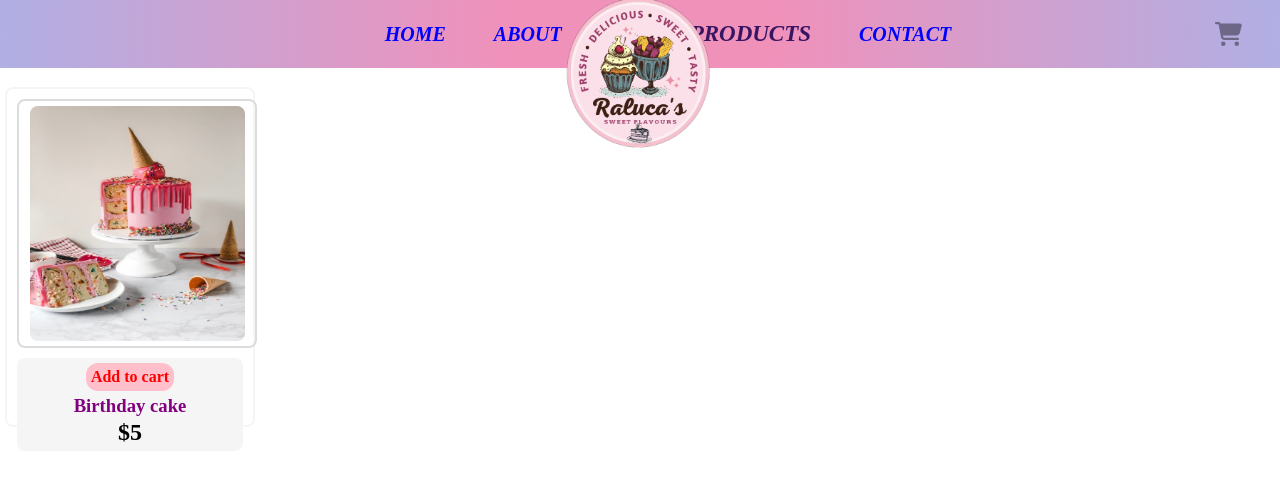
Repository: RalucaZota/cakeshop
Page: /products
An editor plug-in stored every save of this project. The page is shown before and after the next save, followed by the edit.
The browser window is 1280 px wide. The pictures show the whole page.
The project was rebuilt for these pictures with package versions that can differ from the ones it lists, and the page was loaded fresh each time. Also part of the build but not shown: vite.config.js, src/components/FavoriteProduct.vue, src/views/Home.vue, src/views/About.vue, src/views/Contact.vue.

Above is the page before, as saved 2023-06-10 18:21:17.

### index.html
<!DOCTYPE html>
<html lang="en">
  <head>
    <meta charset="UTF-8">
    <link rel="icon" href="/favicon.ico">
    <meta name="viewport" content="width=device-width, initial-scale=1.0">
    <title>Vite App</title>
  </head>
  <body>
    <div id="app"></div>
    <script type="module" src="/src/main.js"></script>

  </body>
</html>

### src/main.js
import './assets/main.css'

import { createApp } from 'vue'
import App from './App.vue'
import router from './router'
/* import the fontawesome core */
import { library } from '@fortawesome/fontawesome-svg-core'

/* import font awesome icon component */
import { FontAwesomeIcon } from '@fortawesome/vue-fontawesome'




/* import specific icons */
import { faBars } from '@fortawesome/free-solid-svg-icons'
import { faXmark } from '@fortawesome/free-solid-svg-icons'
import { faCartShopping } from '@fortawesome/free-solid-svg-icons'




/* add icons to the library */
library.add(faBars, faXmark, faCartShopping)

createApp(App)
.component('font-awesome-icon', FontAwesomeIcon).use(router)
.mount('#app')

### src/assets/main.css
@import './base.css';

#app {
  margin: 0 auto;

  font-weight: normal;
}

### src/App.vue
<script setup>
import Navbar from "./components/Navbar.vue"


</script>

<template>
<navbar/>


</template>

<style scoped>

</style>

### src/router/index.js
import { createRouter, createWebHistory } from 'vue-router'

const router = createRouter({
  history: createWebHistory(import.meta.env.BASE_URL),
  routes: [
    {
      path: '/',
      name: 'home',
      component: () => import('../views/Home.vue')
    },
    { path: '/about', name: 'about', component: () => import('../views/About.vue') },
    { path: '/products', name: 'products', component: () => import('../views/Products.vue') },
    { path: '/contact', name: 'contact', component: () => import('../views/Contact.vue') }
    // route level code-splitting
    // this generates a separate chunk (About.[hash].js) for this route
    // which is lazy-loaded when the route is visited.
  ]
})

export default router

### src/assets/base.css
/* color palette from <https://github.com/vuejs/theme> */
:root {
  --vt-c-white: #ffffff;
  --vt-c-white-soft: #f8f8f8;
  --vt-c-white-mute: #f2f2f2;

  --vt-c-black: #181818;
  --vt-c-black-soft: #222222;
  --vt-c-black-mute: #282828;

  --vt-c-indigo: #2c3e50;

  --vt-c-divider-light-1: rgba(60, 60, 60, 0.29);
  --vt-c-divider-light-2: rgba(60, 60, 60, 0.12);
  --vt-c-divider-dark-1: rgba(84, 84, 84, 0.65);
  --vt-c-divider-dark-2: rgba(84, 84, 84, 0.48);

  --vt-c-text-light-1: var(--vt-c-indigo);
  --vt-c-text-light-2: rgba(60, 60, 60, 0.66);
  --vt-c-text-dark-1: var(--vt-c-white);
  --vt-c-text-dark-2: rgba(235, 235, 235, 0.64);
}

/* semantic color variables for this project */
:root {
  --color-background: var(--vt-c-white);
  --color-background-soft: var(--vt-c-white-soft);
  --color-background-mute: var(--vt-c-white-mute);

  --color-border: var(--vt-c-divider-light-2);
  --color-border-hover: var(--vt-c-divider-light-1);

  --color-heading: var(--vt-c-text-light-1);
  --color-text: var(--vt-c-text-light-1);

  --section-gap: 160px;
}

@media (prefers-color-scheme: dark) {
  :root {
    --color-background: var(--vt-c-black);
    --color-background-soft: var(--vt-c-black-soft);
    --color-background-mute: var(--vt-c-black-mute);

    --color-border: var(--vt-c-divider-dark-2);
    --color-border-hover: var(--vt-c-divider-dark-1);

    --color-heading: var(--vt-c-text-dark-1);
    --color-text: var(--vt-c-text-dark-2);
  }
}

*,
*::before,
*::after {
  box-sizing: border-box;
  margin: 0;
  font-weight: normal;
}

### src/components/Navbar.vue
<template>
  <header :class="{ 'scrolled-nav': scrolledNav }">
    <nav >
      <div class="cart">
          <font-awesome-icon icon="fa-solid fa-cart-shopping" fade size="xl" />
        </div>
      <ul class="navigation" v-show="!mobile">
        <li>
          <RouterLink active-class="active" :to="{ name: 'home' }" class=" link"
            >Home</RouterLink
          >
        </li>
        <li>
          <RouterLink active-class="active" :to="{ name: 'about' }" class=" link"
            >About</RouterLink
          >
        </li>
        <div class="branding">
          <img src="../assets/images/logo.png" alt="logo"/>
        </div>
        <li>
          <RouterLink active-class="active" :to="{ name: 'products' }" class=" link"
            >Products</RouterLink
          >
        </li>
        <li>
          <RouterLink active-class="active" :to="{ name: 'contact' }" class=" link"
            >Contact</RouterLink
          >
        </li>
      </ul>
        <div class="icon">
          <font-awesome-icon icon="fa-solid fa-bars" size="lg" @click="openMobileNav" v-show="!mobileNav && mobile"  class="burger" :class="{'icon-active': mobileNav}"/>
          <font-awesome-icon  v-show="mobileNav" icon="fa-solid fa-xmark" beat size="xl" @click="closeMobileNav" class="close-nav" :class="{'icon-active': mobileNav}"/>
        </div>

      <transition name="mobile-nav">

        <ul v-show="mobileNav" class="dropdown-nav">
          <li>
            <div class="branding">
          <img src="../assets/images/logo.png" alt="logo"/>
        </div>
          </li>
          <li>
            <RouterLink active-class="active" :to="{ name: 'home' }" class="link"
              >Home</RouterLink
            >
          </li>
          <li>
            <RouterLink active-class="active" :to="{ name: 'about' }" class=" link"
              >About</RouterLink
            >
          </li>
          <li>
            <RouterLink active-class="active" :to="{ name: 'products' }" class=" link"
              >Products</RouterLink
            >
          </li>
          <li>
            <RouterLink active-class="active" :to="{ name: 'contact' }" class=" link"
              >Contact</RouterLink
            >
          </li>
        </ul>
      </transition>
    </nav>
  </header>

  <RouterView />
</template>
<script>
import { RouterLink, RouterView } from 'vue-router'
import Home from '../views/Home.vue'
import Products from '../views/Products.vue'
import About from '../views/About.vue'
import Contact from '../views/Contact.vue'
export default {
  name: 'navbar',
  components: {
    Home,
    Products,
    About,
    Contact
  },
  data(){
    return {
      scrolledNav: null,
      mobile: null,
      mobileNav: null,
      windowWidth: null,

    }
  },
  created(){
    window.addEventListener('resize', this.checkScreen);
    this.checkScreen()
  },
  mounted(){
    window.addEventListener('scroll', this.updateScroll)
  },
  methods:{
    openMobileNav(){
      this.mobileNav = true


    },
    closeMobileNav(){
      this.mobileNav = false

    },

    updateScroll(){
      const scrollPosition =  window.scrollY;
      if (scrollPosition > 50){
        this.scrolledNav = true;
        return;
      }
      this.scrolledNav = false
    },
    checkScreen(){
      this.windowWidth = window.innerWidth;
      if( this.windowWidth <= 750){
        this.mobile = true;
        return;
      }
      this.mobile = false;
      this.mobileNav = false;
    }
  }
}
</script>
<style lang="scss">
@import '../styles/Navbar.scss';
</style>

### src/views/Products.vue
<template>
    <div>
        <h1>PRODUCTS</h1>
        <product-item/>
    </div>
</template>
<script>
import ProductItem from '../components/ProductItem.vue';

export default {
    name: 'products',
    components:{
        ProductItem,

    }
}
</script>

### src/styles/Navbar.scss
header{
    width: 100%;
    position: fixed;
    transition: 0.5s ease all;
    background-color: transparent;
    z-index: 99;
    color: transparent;
    height: 68px;
    nav{
        display: flex;
        align-items: center;
        justify-content: space-evenly;
        flex-direction: row;
        background: rgb(238,174,202);
        background: rgb(240,145,186);
        background: rgb(240,145,186);
        background: radial-gradient(circle, rgba(240,145,186,1) 21%, rgba(176,175,228,1) 100%);
        transition: 0.5s ease all;
        padding: 5px 0;
        width: 100%;
        margin: 0 auto;
        text-decoration: none;
        position: relative;


        @media (min-width: 1140px) {
            max-width: 1300px;
        }
        @media (max-width: 749px) {
            width: 100%;
            padding: 20px;
        }
        ul,
        .link {
            color: blue;
            list-style: none;
            text-decoration: none;
        }
        li {
            text-transform: uppercase;
            padding: 16px;
            margin-left: 16px;
        }

        .link {
            font-weight: 700;
            font-style:italic;
            font-size: 20px;
            transition: 0.5s ease all;
            padding-bottom: 4px;
            border-bottom:  2px solid transparent;
            &:hover {
                color: #125159;
                border-color: purple;
            }
        }
        .branding {
            display: flex;
            align-items: center;
            margin-left: 80px;
            @media (max-width: 749px) {
                margin-left: 0px;
            }
            li.img{
                @media (max-width: 749px) {
                    padding-bottom: 0px;
            }
        }
            img {
                width: 150px;
                position: absolute;
                height: 155px;
                left: 44%;
                top: -10%;
                transition: .5s ease all;
                @media (max-width: 749px) {
                    position: relative;
                    width: 80px;
                    height: 80px;
                    left: 11%;
                }
            }
        }

        .active{
        font-weight: bold;
        font-size: 23px !important;
        color: #371563;
        font-weight: 700 !important;
        text-decoration: none;
        font-size: larger;

        }
        .cart{
        position: absolute;
        right: 3%;
        color: black;
        font-weight: 700;
    }
        .navigation {
            display: flex;
            align-items: center;
            flex: 1;
            justify-content: center;
    }
        .icon{
            display: flex;
            align-items: center;
            position: absolute;
            top: 0;
            left: 24px;
            height: 100%;
            color: black;
            transform: rotateZ(180deg);
            .burger{
            cursor: pointer;
            font-size: 24px;
            transition: .8s ease all;

        }
            .close-nav{
                color: black;
                font-weight: 600;
            }
    }
        .icon-active{

            color: red;
            display: inline-block;




    }
        .dropdown-nav{
            display: flex;
            flex-direction: column;
            align-items: center;
            position: fixed;
            width: 100%;
            max-width: 215px;
            height: 100%;
            background: radial-gradient(circle, rgba(240,145,186,1) 21%, rgba(176,175,228,1) 100%);
            top: 4.8%;
            left: 0;
            padding-left: 0px;
            line-height: 5px;
            padding-top: 10px;

            li{
                margin-left: 0;
                .link{
                    color: black;
                    font-weight: 600;
            }
        }

    }
        .mobile-nav-enter-active, .mobile-nav-leave-active {
            transition:  1s ease all;
        }
        .mobile-nav-enter-from, .mobile-nav-leave-to {
            transform: translateX((-250px));
        }
        .mobile-nav-enter-to {
            transform: translateX((0));
        }

}
}
.scrolled-nav{
    // box-shadow: 0 4px 6px -1px rgba(0, 0, 0, 0.1), 0 2px 4px -1px rgba(0, 0, 0, 0.06);
        nav{
            padding: 8px 0;
            .branding{
            // img{
            //     width: 40px;
            //     box-shadow: 0 4px 6px -1px rgba(0, 0, 0, 0.1), 0 2px 4px -1px rgba(0, 0, 0, 0.06);

            // }
        }
    }
}

### src/components/AddtoCartButton.vue
<template>
    <div>
        <a href="#" class="cart-button">
      <span></span>
      <span></span>
      <span></span>
      <span></span>
      Add to cart
    </a>
    </div>
</template>
<script>
export default {
    name: 'AddtoCartButton'
}
</script>
<style >
.cart-button {
    /* border: 2px solid hsl(317 100% 54%); */
    background-color: pink;
    border-radius: 12px;
    font-weight: 600;
    font-size: 16px;
    padding: 5px;
    position: relative;
    display: inline-block;
    color: red;
    text-decoration: none;
    overflow: hidden;
    transition: 0.2s;
}



.cart-button:hover {
    color: #255784;
    background:pink;
    box-shadow: 0 0 10px #2196f3, 0 0 40px #2196f3, 0 0 80px #2196f3;
    transition-delay: 1s;
}


.cart-button span {
    position: absolute;
    display: block;
}




.cart-button span:nth-child(1) {
    top: 0;
    left: -100%;
    width: 100%;
    height: 2px;
    background: linear-gradient(90deg, transparent, #2196f3);
}



.cart-button:hover span:nth-child(1) {
    left: 100%;
    transition: 1s;
}


.cart-button span:nth-child(3) {
    bottom: 0;
    right: -100%;
    width: 100%;
    height: 2px;
    background: linear-gradient(270deg, transparent, #2196f3);
}

.cart-button:hover span:nth-child(3) {
    right: 100%;
    transition: 1s;
    transition-delay: 0.5s;
}



.cart-button span:nth-child(2) {
    top: -100%;
    right: 0;
    width: 2px;
    height: 100%;
    background: linear-gradient(180deg, transparent, #2196f3);
}

.cart-button:hover span:nth-child(2) {
    top: 100%;
    transition: 1s;
    transition-delay: 0.25s;
}



.cart-button span:nth-child(4) {
    bottom: -100%;
    left: 0;
    width: 2px;
    height: 100%;
    background: linear-gradient(360deg, transparent, #2196f3);
}

.cart-button:hover span:nth-child(4) {
    bottom: 100%;
    transition: 1s;
    transition-delay: 0.75s;
}
</style>

### src/components/ProductItem.vue
<template>
    <article class="product-item">
      <div class="product-image-div">
        <img
          src="../assets/images/cakes/birthday-cake.jpg"
          alt="birthday cake"
          class="product-image"
        />
      </div>
      <div class="details-section">
      <addto-cart-button />
        <h3 class="product-title">Birthday cake</h3>
        <h2 class="product-price">$5</h2>
      </div>
    </article>
  </template>
  <script>
  import AddtoCartButton from './AddtoCartButton.vue'
  export default {
    name: 'FavoriteProduct',
    components: {
      AddtoCartButton
    }
  }
  </script>

  <style lang="scss">
  @import '../styles/ProductItem.scss';
  </style>

### src/styles/ProductItem.scss
.product-item{
    margin-top: 50px;
    background-color: transparent;
    border-radius: 8px;
    border: 2px solid  whitesmoke;
    max-width: 250px;
    height: 340px;
    padding: 10px;
    margin: 5px;
    z-index: 99;
    margin-top: 50px !important;
    .product-image-div{
        display: flex;
        align-items: center;
        justify-content: center;
        margin-bottom: 10px;
        padding: 5px;
        width: 240px;
        border-radius: 8px;
        border: 2px solid gainsboro;
        .product-image{
            width: 215px;
            height: 235px;
            border-radius: 8px;
            }
        }
    .details-section{

        display: flex;
        flex-direction: column;
        align-items: center;
        justify-content: center;
        background-color: whitesmoke;
        border-radius: 8px;
        padding: 5px;
        .product-title{
            font-weight: 800;
            border-bottom:  2px solid transparent;
            transition: 0.5s ease-in;
            color: purple;
            &:hover{
                border-bottom: 2px solid red;
                border-radius: 2px;
                font-size: 20px;
            }
        }
        .product-price{
            color: black;
            font-weight: 600;
        }

    }
}

After the next save:
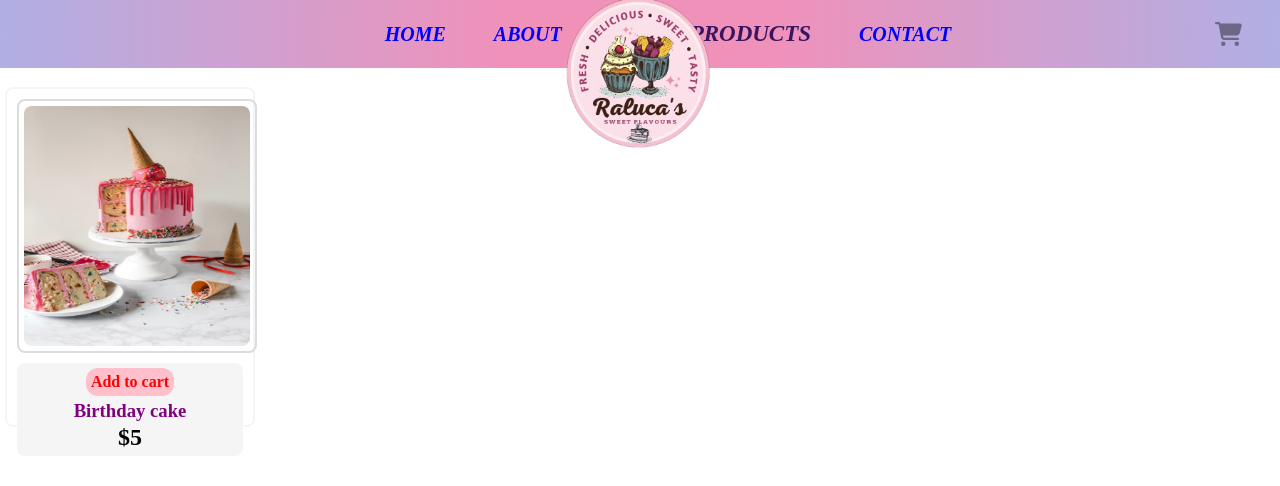
Saved 7 s later.
--- a/src/styles/ProductItem.scss
+++ b/src/styles/ProductItem.scss
@@ -19,8 +19,8 @@
         border-radius: 8px;
         border: 2px solid gainsboro;
         .product-image{
-            width: 215px;
-            height: 235px;
+            width: 235px;
+            height: 240px;
             border-radius: 8px;
             }
         }
